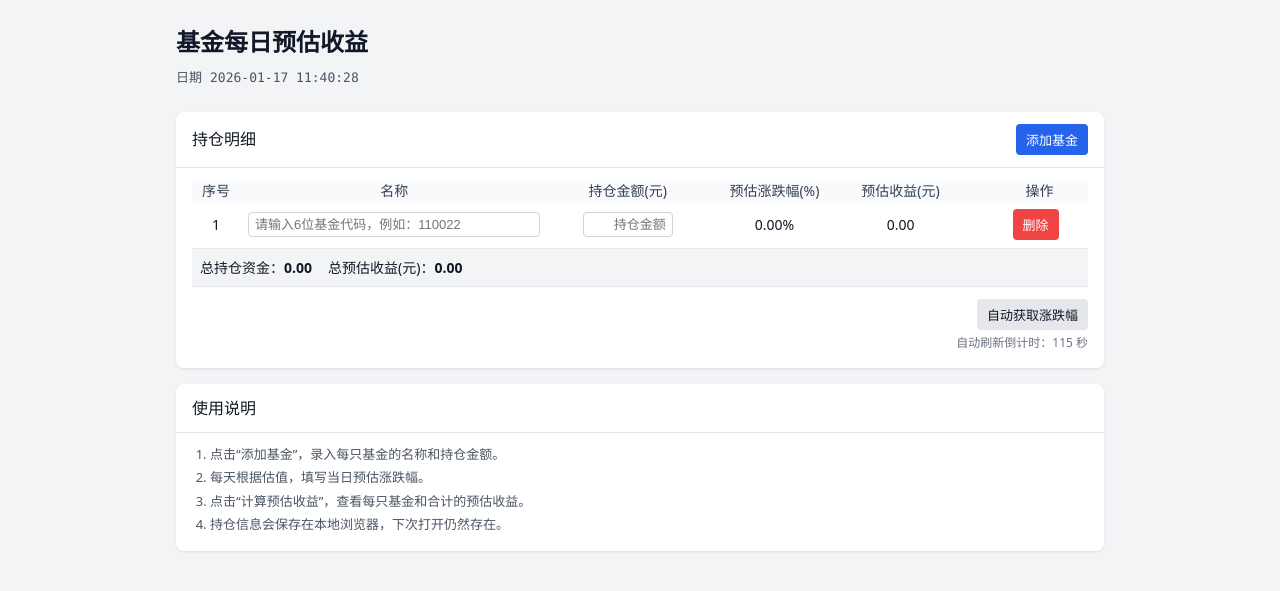
Repository: zt-boom/finance
Page: index.html
These files come from the project's save history. The page is drawn as it stood at one moment and after the next save; the edit follows.
The browser window is 1280 px wide. The pictures show the whole page.

Above is the page before, as saved 2026-01-17 14:14:49.

### index.html
<!DOCTYPE html>
<html lang="zh-CN">
<head>
<meta charset="UTF-8">
<title>基金每日预估收益</title>
<meta name="viewport" content="width=device-width,initial-scale=1">
<link rel="stylesheet" href="./style.css">
</head>
<body>
<div class="app">
<header class="app-header">
<h1>基金每日预估收益</h1>
<div class="date-row">
<span>日期</span>
<span id="current-date"></span>
</div>
</header>
<main class="app-main">
<section class="card">
<div class="card-header">
<h2>持仓明细</h2>
<button id="add-fund-btn" class="primary-button">添加基金</button>
</div>
<div class="card-body">
<div class="table-wrapper">
<table class="fund-table">
<thead>
<tr>
<th class="index-col">序号</th>
<th>名称</th>
<th>持仓金额(元)</th>
<th>预估涨跌幅(%)</th>
<th>预估收益(元)</th>
<th>操作</th>
</tr>
</thead>
<tbody id="fund-table-body"></tbody>
<tfoot>
<tr class="summary-row">
<td colspan="6">
<div class="summary-items">
<div class="summary-left">
<span>总持仓资金：<strong id="total-amount">0.00</strong></span>
<span>总预估收益(元)：<strong id="total-profit">0.00</strong></span>
</div>
</div>
</td>
</tr>
</tfoot>
</table>
</div>
<div class="actions-row">
<button id="fetch-percent-btn" class="secondary-button">自动获取涨跌幅</button>
</div>
<div class="auto-refresh-info">
<span>自动刷新倒计时：<span id="auto-refresh-countdown">120</span> 秒</span>
</div>
</div>
</section>
<section class="card">
<div class="card-header">
<h2>使用说明</h2>
</div>
<div class="card-body instructions">
<ol>
<li>点击“添加基金”，录入每只基金的名称和持仓金额。</li>
<li>每天根据估值，填写当日预估涨跌幅。</li>
<li>点击“计算预估收益”，查看每只基金和合计的预估收益。</li>
<li>持仓信息会保存在本地浏览器，下次打开仍然存在。</li>
</ol>
</div>
</section>
</main>
</div>
<script src="./main.js"></script>
</body>
</html>

### style.css
* {
box-sizing: border-box;
margin: 0;
padding: 0;
}

body {
font-family: system-ui, -apple-system, BlinkMacSystemFont, "Segoe UI", sans-serif;
background-color: #f3f4f6;
color: #111827;
line-height: 1.5;
}

.app {
max-width: 960px;
margin: 0 auto;
padding: 24px 16px 40px;
}

.app-header {
display: flex;
flex-direction: column;
gap: 8px;
margin-bottom: 24px;
}

.app-header h1 {
font-size: 24px;
font-weight: 600;
color: #111827;
}

.date-row {
display: flex;
gap: 8px;
align-items: center;
font-size: 13px;
color: #4b5563;
}

.date-row span:last-child {
font-family: ui-monospace, SFMono-Regular, Menlo, Monaco, Consolas, "Liberation Mono", "Courier New", monospace;
font-variant-numeric: tabular-nums;
}

.app-main {
display: flex;
flex-direction: column;
gap: 16px;
}

.card {
background-color: #ffffff;
border-radius: 8px;
box-shadow: 0 1px 3px rgba(15, 23, 42, 0.1);
overflow: hidden;
}

.card-header {
display: flex;
justify-content: space-between;
align-items: center;
padding: 12px 16px;
border-bottom: 1px solid #e5e7eb;
}

.card-header h2 {
font-size: 16px;
font-weight: 500;
}

.card-body {
padding: 12px 16px 16px;
}

.table-wrapper {
overflow-x: auto;
margin-bottom: 12px;
}

.fund-table {
width: 100%;
border-collapse: collapse;
font-size: 14px;
}

.fund-table td {
border-bottom: 1px solid #e5e7eb;
padding: 8px;
text-align: left;
}

.fund-table th.index-col,
.fund-table td[data-role="row-index"] {
width: 48px;
text-align: center;
}

.fund-table td:nth-child(3),
.fund-table td:nth-child(4) {
text-align: center;
}

.fund-table td:nth-child(5),
.fund-table td:nth-child(6) {
text-align: center;
}

.fund-table thead {
background-color: #f9fafb;
}

.fund-table th {
font-weight: 500;
color: #374151;
text-align: center;
}

.fund-table tbody tr:nth-child(even) {
background-color: #f9fafb;
}

.fund-table input {
width: 100%;
padding: 4px 6px;
font-size: 13px;
border-radius: 4px;
border: 1px solid #d1d5db;
outline: none;
text-align: right;
}

.fund-table input.narrow-number-input {
width: 90px;
margin: 0 auto;
}

.fund-table td:nth-child(2) input {
text-align: left;
}

.fund-table th:nth-child(6),
.fund-table td:nth-child(6) {
padding-left: 32px;
}

.fund-table input[type="number"]::-webkit-outer-spin-button,
.fund-table input[type="number"]::-webkit-inner-spin-button {
-webkit-appearance: none;
margin: 0;
}

.fund-table input[type="number"] {
-moz-appearance: textfield;
}

.fund-table input:focus {
border-color: #2563eb;
box-shadow: 0 0 0 1px rgba(37, 99, 235, 0.2);
}

.value-positive {
color: #ef4444;
}

.value-negative {
color: #10b981;
}

.value-zero {
color: #6b7280;
}

.summary-row td {
font-weight: 600;
color: #111827;
background-color: #f3f4f6;
}

.summary-items {
display: flex;
flex-wrap: wrap;
gap: 4px 16px;
justify-content: flex-start;
align-items: center;
}

.summary-items span {
font-weight: 500;
white-space: nowrap;
}

.summary-left {
display: flex;
flex-wrap: wrap;
gap: 4px 16px;
align-items: center;
}

.primary-button,
.secondary-button,
.danger-button {
border-radius: 4px;
border: none;
cursor: pointer;
font-size: 13px;
padding: 6px 10px;
display: inline-flex;
align-items: center;
justify-content: center;
}

.primary-button {
background-color: #2563eb;
color: #ffffff;
}

.primary-button:hover {
background-color: #1d4ed8;
}

.secondary-button {
background-color: #e5e7eb;
color: #111827;
}

.secondary-button:hover {
background-color: #d1d5db;
}

.danger-button {
background-color: #ef4444;
color: #ffffff;
}

.danger-button:hover {
background-color: #dc2626;
}

.actions-row {
display: flex;
flex-wrap: wrap;
gap: 8px;
margin-top: 4px;
justify-content: flex-end;
}

.auto-refresh-info {
margin-top: 4px;
font-size: 12px;
color: #6b7280;
text-align: right;
}

.instructions {
font-size: 13px;
color: #4b5563;
}

.instructions ol {
padding-left: 18px;
display: flex;
flex-direction: column;
gap: 4px;
}

@media (max-width: 640px) {
.app {
padding-inline: 12px;
}
.card-header {
flex-direction: column;
gap: 8px;
align-items: flex-start;
}
}

### main.js
const STORAGE_KEY = "fund_holdings_v1";

function formatCurrency(value) {
if (Number.isNaN(value)) return "0.00";
return value.toFixed(2);
}

function formatNumber(value) {
if (Number.isNaN(value)) return "";
return value.toFixed(2);
}

function getTodayDateString() {
const now = new Date();
const year = String(now.getFullYear());
const month = String(now.getMonth() + 1).padStart(2, "0");
const day = String(now.getDate()).padStart(2, "0");
const hours = String(now.getHours()).padStart(2, "0");
const minutes = String(now.getMinutes()).padStart(2, "0");
const seconds = String(now.getSeconds()).padStart(2, "0");
return `${year}-${month}-${day} ${hours}:${minutes}:${seconds}`;
}

const fundJsonpRequests = [];

function ensureJsonpHandler() {
if (window._fundJsonpInitialized) {
return;
}
window._fundJsonpInitialized = true;
window.jsonpgz = function (data) {
if (!data || !data.fundcode) {
return;
}
const code = data.fundcode;
while (true) {
let index = -1;
for (let i = 0; i < fundJsonpRequests.length; i += 1) {
if (fundJsonpRequests[i].code === code) {
index = i;
break;
}
}
if (index === -1) {
break;
}
const request = fundJsonpRequests.splice(index, 1)[0];
try {
const value = request.transform ? request.transform(data) : data;
request.resolve(value);
} catch (e) {
if (request.reject) {
if (e instanceof Error) {
request.reject(e);
} else {
request.reject(new Error("解析基金数据失败"));
}
}
}
}
};
}

function fetchFundEstimate(code) {
return new Promise((resolve, reject) => {
if (!code) {
reject(new Error("缺少基金代码"));
return;
}
ensureJsonpHandler();
fundJsonpRequests.push({
code,
resolve,
reject,
transform: data => {
const percent = parseFloat(data.gszzl);
if (Number.isNaN(percent)) {
throw new Error("无效的涨跌幅数据");
}
return percent;
}
});
const script = document.createElement("script");
script.src = `https://fundgz.1234567.com.cn/js/${code}.js?rt=${Date.now()}`;
script.onerror = () => {
for (let i = 0; i < fundJsonpRequests.length; i += 1) {
if (fundJsonpRequests[i].code === code) {
const request = fundJsonpRequests.splice(i, 1)[0];
request.reject(new Error("获取基金数据失败"));
break;
}
}
};
document.body.appendChild(script);
});
}

function fetchFundInfo(code) {
return new Promise((resolve, reject) => {
if (!code) {
reject(new Error("缺少基金代码"));
return;
}
ensureJsonpHandler();
fundJsonpRequests.push({
code,
resolve,
reject,
transform: data => data
});
const script = document.createElement("script");
script.src = `https://fundgz.1234567.com.cn/js/${code}.js?rt=${Date.now()}`;
script.onerror = () => {
for (let i = 0; i < fundJsonpRequests.length; i += 1) {
if (fundJsonpRequests[i].code === code) {
const request = fundJsonpRequests.splice(i, 1)[0];
request.reject(new Error("获取基金数据失败"));
break;
}
}
};
document.body.appendChild(script);
});
}

function parseFundCodeFromName(name) {
if (!name) return null;
const match = name.match(/(\d{6})/);
if (!match) {
return null;
}
return match[1];
}

function loadHoldingsFromStorage() {
try {
const raw = window.localStorage.getItem(STORAGE_KEY);
if (!raw) return [];
const parsed = JSON.parse(raw);
if (!Array.isArray(parsed)) return [];
return parsed;
} catch (e) {
return [];
}
}

function saveHoldingsToStorage(holdings) {
try {
const serialized = JSON.stringify(holdings);
window.localStorage.setItem(STORAGE_KEY, serialized);
} catch (e) {
}
}

function createTableRow(fund) {
const tr = document.createElement("tr");
const indexTd = document.createElement("td");
const nameTd = document.createElement("td");
const amountTd = document.createElement("td");
const percentTd = document.createElement("td");
const profitTd = document.createElement("td");
const actionsTd = document.createElement("td");
const nameInput = document.createElement("input");
nameInput.type = "text";
nameInput.value = fund.name || "";
nameInput.placeholder = "请输入6位基金代码，例如：110022";
nameInput.addEventListener("change", handleStorageUpdate);
nameInput.addEventListener("keydown", event => {
if (event.key === "Enter") {
event.preventDefault();
const raw = nameInput.value.trim();
const code = parseFundCodeFromName(raw);
if (!code) {
window.alert("请先输入6位基金代码");
return;
}
const rows = document.querySelectorAll('tr[data-role="fund-row"]');
let duplicate = false;
rows.forEach(row => {
const inputs = row.querySelectorAll("input");
const otherNameInput = inputs[0];
if (!otherNameInput || otherNameInput === nameInput) {
return;
}
const otherCode = parseFundCodeFromName(otherNameInput.value.trim());
if (otherCode && otherCode === code) {
duplicate = true;
}
});
if (duplicate) {
window.alert("该基金代码已存在，请不要重复添加");
return;
}
nameInput.disabled = true;
fetchFundInfo(code).then(data => {
nameInput.disabled = false;
if (!data || !data.name) {
window.alert("未能获取基金名称，请检查基金代码");
return;
}
nameInput.value = `${code}  ${data.name}`;
handleStorageUpdate();
}).catch(() => {
nameInput.disabled = false;
window.alert("未能获取基金名称，请检查基金代码或网络连接");
});
}
});
const amountInput = document.createElement("input");
amountInput.type = "number";
amountInput.step = "0.01";
amountInput.min = "0";
amountInput.value = fund.amount != null ? String(fund.amount) : "";
amountInput.placeholder = "持仓金额";
amountInput.addEventListener("change", handleStorageUpdate);
amountInput.className = "narrow-number-input";
const percentSpan = document.createElement("span");
percentSpan.textContent = "0.00%";
const profitSpan = document.createElement("span");
profitSpan.textContent = "0.00";
const deleteButton = document.createElement("button");
deleteButton.textContent = "删除";
deleteButton.className = "danger-button";
deleteButton.addEventListener("click", () => {
const inputs = tr.querySelectorAll("input");
const nameValue = inputs[0] ? inputs[0].value.trim() : "";
const amountValue = inputs[1] ? inputs[1].value.trim() : "";
const isEmptyRow = !nameValue && !amountValue;
if (!isEmptyRow) {
const confirmed = window.confirm("确定要删除这条持仓记录吗？");
if (!confirmed) {
return;
}
}
tr.remove();
handleStorageUpdate();
calculateProfit();
updateRowIndices();
});
indexTd.dataset.role = "row-index";
percentTd.dataset.role = "percent-cell";
profitTd.dataset.role = "profit-cell";
nameTd.appendChild(nameInput);
amountTd.appendChild(amountInput);
percentTd.appendChild(percentSpan);
profitTd.appendChild(profitSpan);
actionsTd.appendChild(deleteButton);
tr.appendChild(indexTd);
tr.appendChild(nameTd);
tr.appendChild(amountTd);
tr.appendChild(percentTd);
tr.appendChild(profitTd);
tr.appendChild(actionsTd);
tr.dataset.role = "fund-row";
return tr;
}

function readHoldingsFromTable() {
const rows = document.querySelectorAll('tr[data-role="fund-row"]');
const holdings = [];
rows.forEach(row => {
const inputs = row.querySelectorAll("input");
const nameInput = inputs[0];
const amountInput = inputs[1];
const name = nameInput.value.trim();
const amount = parseFloat(amountInput.value);
if (!name && (Number.isNaN(amount) || amount <= 0)) {
return;
}
holdings.push({
name,
amount: Number.isNaN(amount) ? 0 : amount
});
});
return holdings;
}

function handleStorageUpdate() {
const holdings = readHoldingsFromTable();
saveHoldingsToStorage(holdings);
}

function populateTableFromStorage() {
const tbody = document.getElementById("fund-table-body");
tbody.innerHTML = "";
const holdings = loadHoldingsFromStorage();
if (holdings.length === 0) {
const row = createTableRow({ name: "", amount: null });
tbody.appendChild(row);
updateRowIndices();
return;
}
holdings.forEach(fund => {
const row = createTableRow(fund);
tbody.appendChild(row);
});
updateRowIndices();
}

function calculateProfit() {
const rows = document.querySelectorAll('tr[data-role="fund-row"]');
let totalProfit = 0;
let totalHoldingAmount = 0;
let activeAmount = 0;
rows.forEach(row => {
const inputs = row.querySelectorAll("input");
const amountInput = inputs[1];
const amount = parseFloat(amountInput.value);
const percentCell = row.querySelector('td[data-role="percent-cell"] span');
const percent = percentCell ? parseFloat(percentCell.textContent) : NaN;
const profitCell = row.querySelector('td[data-role="profit-cell"] span');
if (!Number.isNaN(amount)) {
totalHoldingAmount += amount;
}
if (Number.isNaN(amount) || Number.isNaN(percent)) {
profitCell.textContent = "0.00";
applyProfitColor(profitCell, 0);
return;
}
const profit = amount * percent / 100;
totalProfit += profit;
activeAmount += amount;
profitCell.textContent = formatCurrency(profit);
applyProfitColor(profitCell, profit);
});
const totalAmountElement = document.getElementById("total-amount");
const totalPercentElement = document.getElementById("total-percent");
if (totalAmountElement) {
totalAmountElement.textContent = formatCurrency(totalHoldingAmount);
}
if (totalPercentElement) {
const totalPercent = activeAmount > 0 ? (totalProfit / activeAmount) * 100 : 0;
totalPercentElement.textContent = formatCurrency(totalPercent);
}
const totalProfitElement = document.getElementById("total-profit");
totalProfitElement.textContent = formatCurrency(totalProfit);
applyProfitColor(totalProfitElement, totalProfit);
}

function autoFetchPercentages(options) {
const useButton = !options || options.useButton !== false;
const showAlert = !options || options.showAlert !== false;
const rows = document.querySelectorAll('tr[data-role="fund-row"]');
const promises = [];
rows.forEach(row => {
const inputs = row.querySelectorAll("input");
const nameInput = inputs[0];
const name = nameInput ? nameInput.value.trim() : "";
const code = parseFundCodeFromName(name);
if (!code) {
return;
}
const percentCell = row.querySelector('td[data-role="percent-cell"] span');
if (!percentCell) {
return;
}
const promise = fetchFundEstimate(code).then(percent => {
const value = formatNumber(percent);
percentCell.textContent = `${value}%`;
return true;
}).catch(() => false);
promises.push(promise);
});
if (promises.length === 0) {
if (showAlert) {
window.alert("请先在名称中输入包含6位基金代码的内容");
}
return;
}
const fetchButton = useButton ? document.getElementById("fetch-percent-btn") : null;
if (fetchButton) {
fetchButton.disabled = true;
fetchButton.textContent = "正在获取...";
}
Promise.all(promises).then(results => {
const successCount = results.filter(Boolean).length;
if (fetchButton) {
fetchButton.disabled = false;
fetchButton.textContent = "自动获取涨跌幅";
}
if (successCount === 0) {
if (showAlert) {
window.alert("未能获取任何基金的预估涨跌幅，请检查基金代码或网络连接");
}
return;
}
calculateProfit();
});
}

function applyProfitColor(element, value) {
if (!element) {
return;
}
element.classList.remove("value-positive", "value-negative", "value-zero");
if (Number.isNaN(value)) {
return;
}
if (value > 0) {
element.classList.add("value-positive");
} else if (value < 0) {
element.classList.add("value-negative");
} else {
element.classList.add("value-zero");
}
}

function initApp() {
const dateElement = document.getElementById("current-date");
if (dateElement) {
dateElement.textContent = getTodayDateString();
}
populateTableFromStorage();
const addFundButton = document.getElementById("add-fund-btn");
const fetchPercentButton = document.getElementById("fetch-percent-btn");
const countdownElement = document.getElementById("auto-refresh-countdown");
const autoRefreshSeconds = 120;
let remainingSeconds = autoRefreshSeconds;
function updateCountdown() {
if (countdownElement) {
countdownElement.textContent = String(remainingSeconds);
}
}
function resetCountdown() {
remainingSeconds = autoRefreshSeconds;
updateCountdown();
}
updateCountdown();
if (addFundButton) {
addFundButton.addEventListener("click", () => {
const tbody = document.getElementById("fund-table-body");
const row = createTableRow({ name: "", amount: null });
tbody.appendChild(row);
updateRowIndices();
});
}
if (fetchPercentButton) {
fetchPercentButton.addEventListener("click", () => {
autoFetchPercentages({ useButton: true, showAlert: true });
resetCountdown();
});
}
setInterval(() => {
remainingSeconds -= 1;
if (remainingSeconds <= 0) {
autoFetchPercentages({ useButton: false, showAlert: false });
remainingSeconds = autoRefreshSeconds;
}
updateCountdown();
}, 1000);
}

function updateRowIndices() {
const rows = document.querySelectorAll('tr[data-role="fund-row"]');
rows.forEach((row, index) => {
const indexCell = row.querySelector('td[data-role="row-index"]');
if (indexCell) {
indexCell.textContent = String(index + 1);
}
});
}

if (document.readyState === "loading") {
document.addEventListener("DOMContentLoaded", initApp);
} else {
initApp();
}

After the next save:
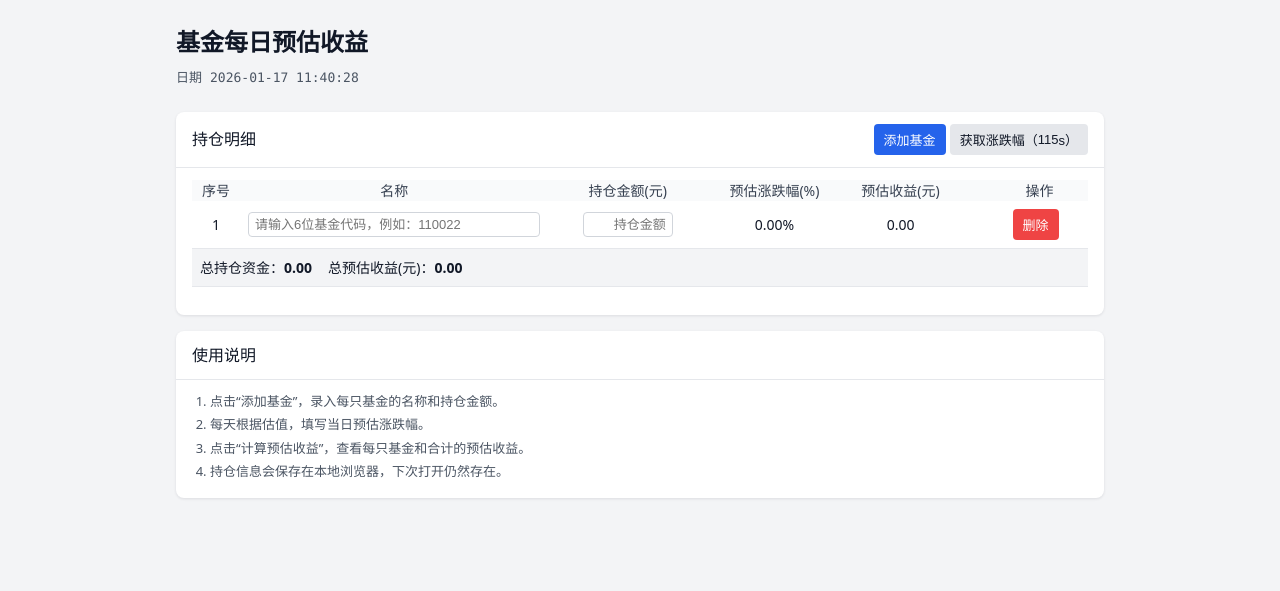
Saved 5 min 7 s later.
--- a/index.html
+++ b/index.html
@@ -19,7 +19,12 @@
 <section class="card">
 <div class="card-header">
 <h2>持仓明细</h2>
+<div class="card-header-actions">
 <button id="add-fund-btn" class="primary-button">添加基金</button>
+<button id="fetch-percent-btn" class="secondary-button">
+获取涨跌幅（<span id="auto-refresh-countdown">120</span>s）
+</button>
+</div>
 </div>
 <div class="card-body">
 <div class="table-wrapper">
@@ -49,12 +54,6 @@
 </tfoot>
 </table>
 </div>
-<div class="actions-row">
-<button id="fetch-percent-btn" class="secondary-button">自动获取涨跌幅</button>
-</div>
-<div class="auto-refresh-info">
-<span>自动刷新倒计时：<span id="auto-refresh-countdown">120</span> 秒</span>
-</div>
 </div>
 </section>
 <section class="card">
